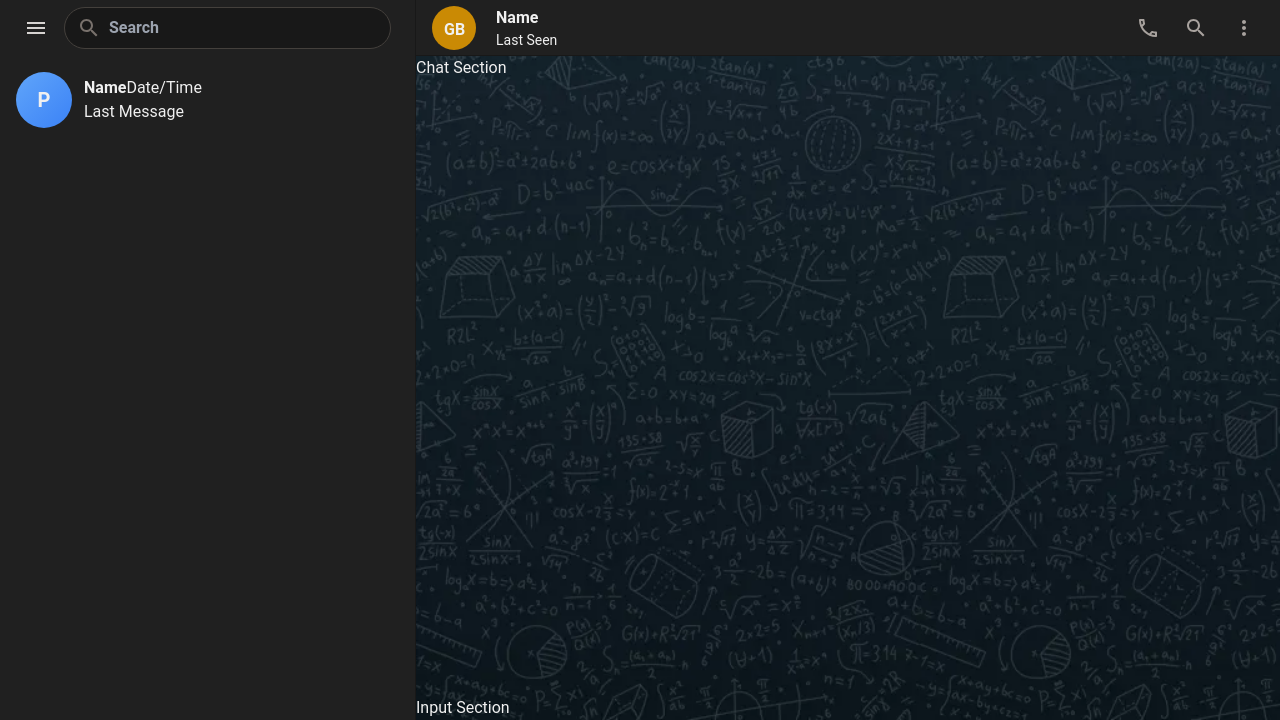
Repository: Qu4ntumGuy/telegram-clone
Page: /
These files come from the project's save history. The page is drawn as it stood at one moment and after the next save; the edit follows.
The browser window is 1280 px wide. The pictures show the whole page.
The page's requests for data from a server got no answer. The project was rebuilt for these pictures with package versions that can differ from the ones it lists, and the page was loaded fresh each time. No one was signed in, and anything a server would have sent is missing. Also part of the build but not shown: src/Pages/ChatPage.js/ChatPage.js.

Above is the page before, as saved 2024-07-15 13:54:52.

After the next save:
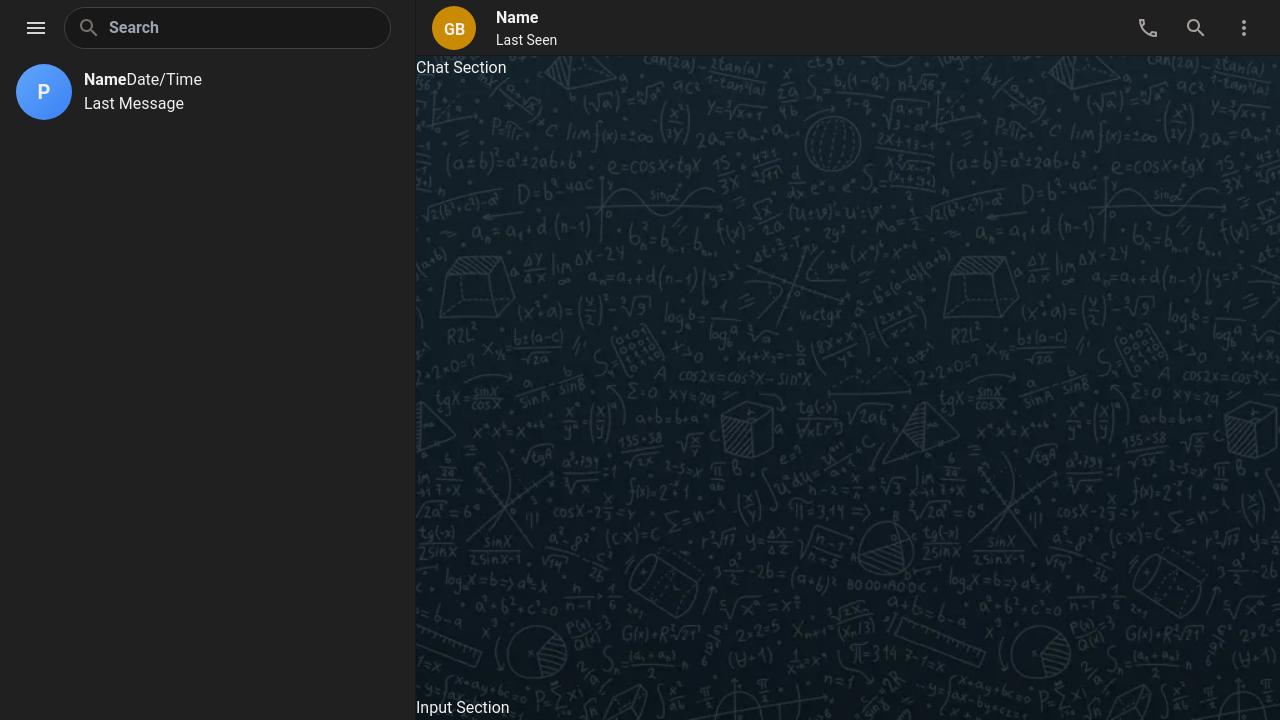
Saved 19 s later.
--- a/src/Components/Sidebar.js
+++ b/src/Components/Sidebar.js
@@ -67,7 +67,7 @@ function Sidebar() {
           </form>
         </div>
       </div>
-      <div className="overflow-y-auto p-2">
+      <div className="overflow-y-auto px-2">
         <Chat />
       </div>
     </div>
